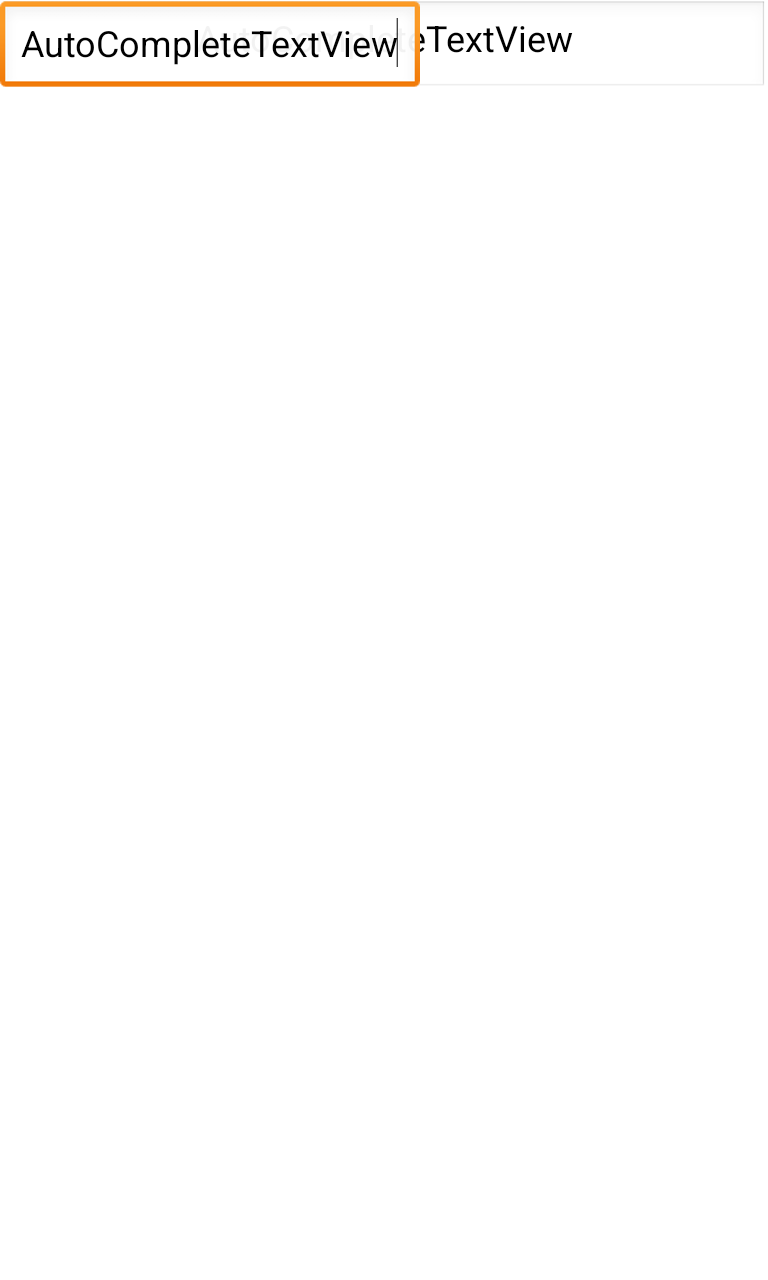
Repository: vinothsridhar/CrickBuzzChallenge
Layout: CricBuzzAndroidApp/res/layout/activity_playlist.xml
The author's editor kept a copy of each file at every save. The layout is drawn from the files as they stood at one save, then again after the next save.
It is drawn on a 768 x 1280 px phone screen (xhdpi) without system bars, with theme AppTheme; the app's code is not run.

Above is the layout before, as saved 2014-12-20 17:08:31.

After the next save:
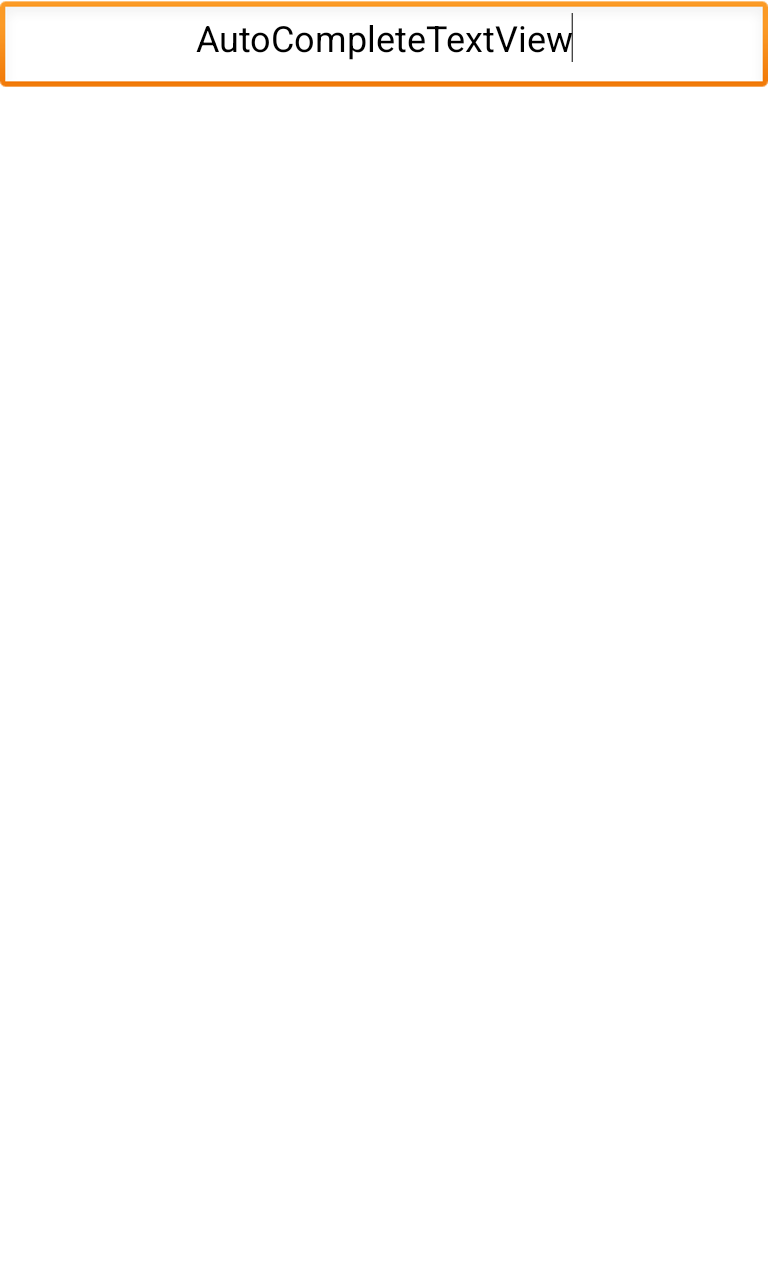
Saved 19 s later.
--- a/CricBuzzAndroidApp/res/layout/activity_playlist.xml
+++ b/CricBuzzAndroidApp/res/layout/activity_playlist.xml
@@ -27,14 +27,4 @@
         </LinearLayout>
     </ScrollView>
 
-    <AutoCompleteTextView
-        android:id="@+id/autoCompleteTextView1"
-        android:layout_width="wrap_content"
-        android:layout_height="wrap_content"
-        android:ems="10"
-        android:text="AutoCompleteTextView" >
-
-        <requestFocus />
-    </AutoCompleteTextView>
-
 </RelativeLayout>
